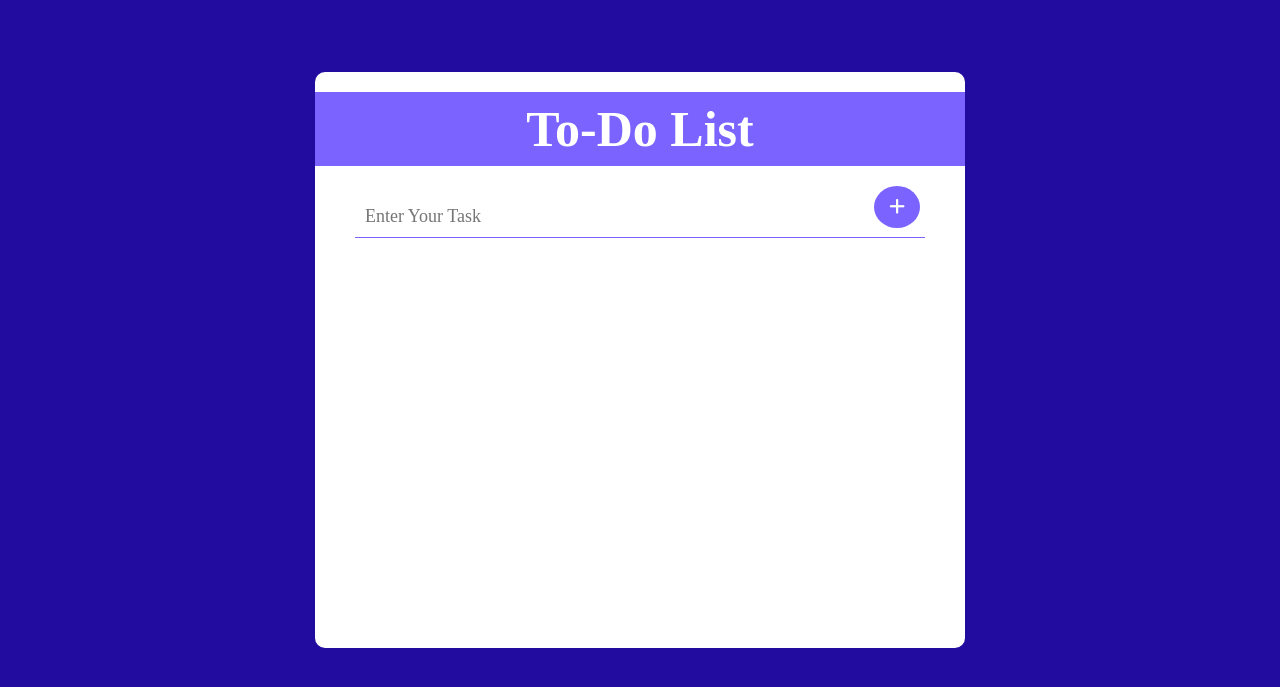
Repository: AliHassan02-Dev/To-Do-App
Page: /, after clicking the first element matching `span.fa-solid`
An editor plug-in stored every save of this project. The page is shown before and after the next save, followed by the edit.
The browser window is 1280 px wide. The pictures show the whole page.
Some web libraries are served in a nearby version. The project was rebuilt for these pictures with package versions that can differ from the ones it lists, and the page was loaded fresh each time. Also part of the build but not shown: vite.config.js.

Above is the page before, as saved 2024-10-28 12:20:54.

After the next save:
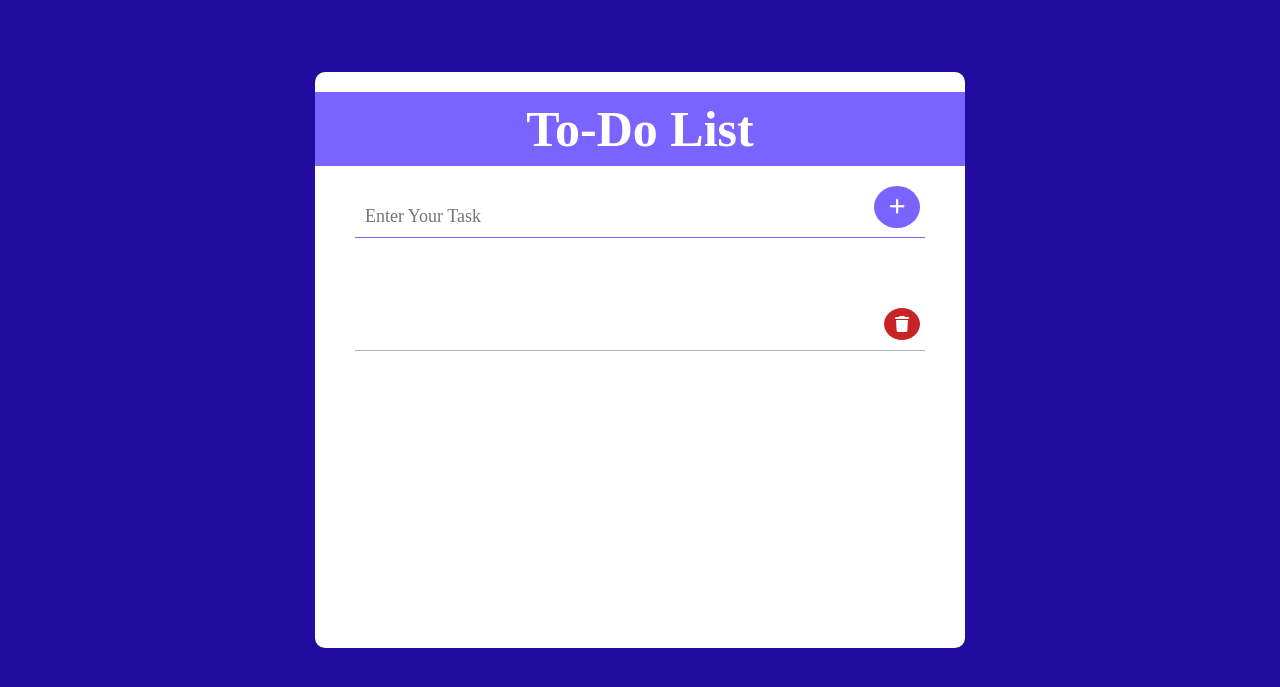
Saved 60 s later.
--- a/src/Components/TaskList.jsx
+++ b/src/Components/TaskList.jsx
@@ -4,7 +4,12 @@ const TaskList = ({ data, id, onRemove }) => {
   return (
     <div className="taskList">
       <li>{data}</li>
-      <span className="fa-solid fa-trash" onClick={onRemove(id)}></span>
+      <span
+        className="fa-solid fa-trash"
+        onClick={() => {
+          onRemove(id);
+        }}
+      ></span>
     </div>
   );
 };
